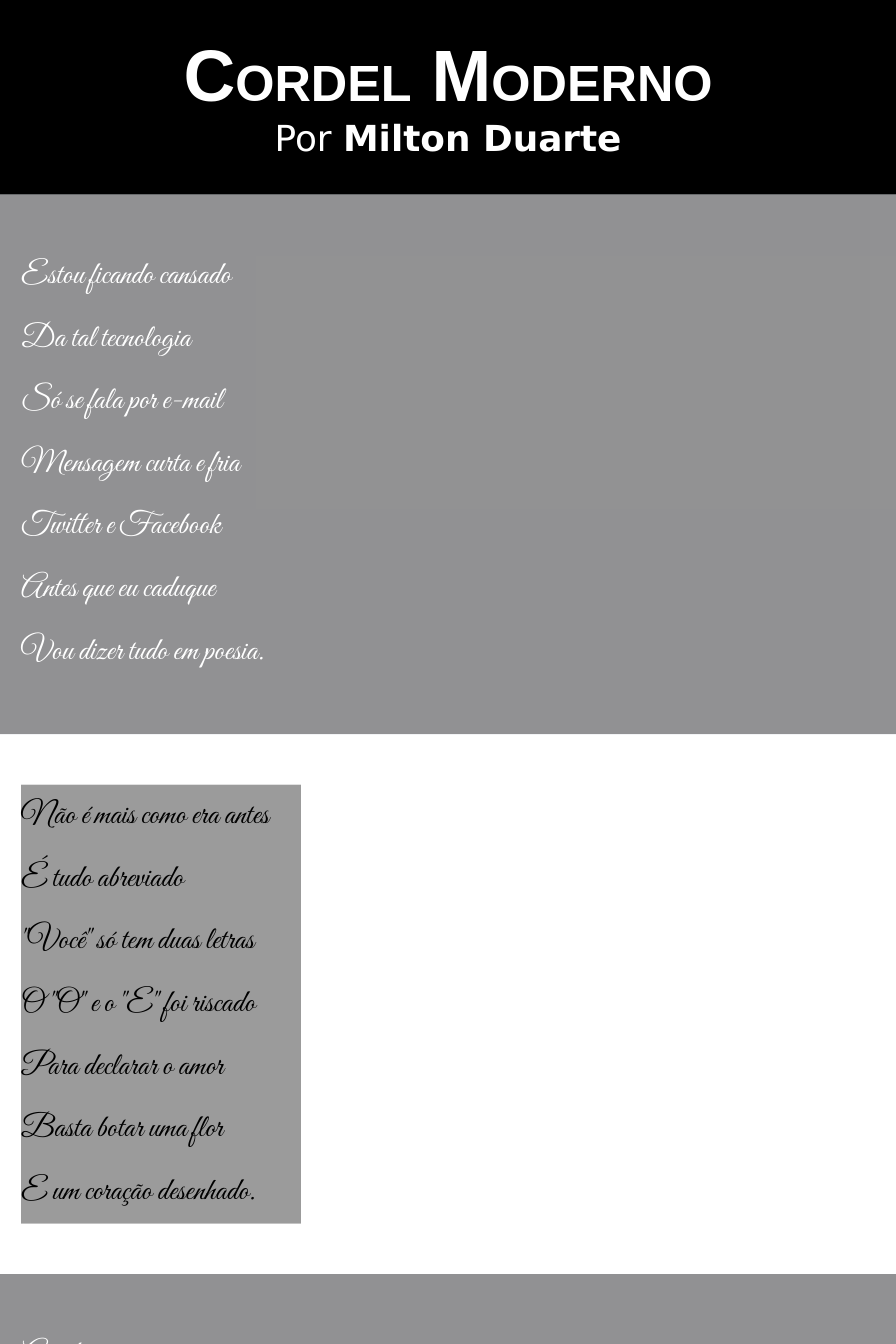
Repository: Lucianorodriguesdev/cursoHTML-CSS
Page: dasafios/index.html
These files come from the project's save history. The page is drawn as it stood at one moment and after the next save; the edit follows.
The browser window is 1280 px wide. The pictures show the part of the page from y = 0 to 1920 px (the page is 5427 px tall before and 6362 px after), at 70% of full size.
Some web fonts or font styles are not loaded; a fallback is used.

Above is the page before, as saved 2026-06-17 10:01:21.

### dasafios/index.html
<!DOCTYPE html>
<html lang="pt-br">
<head>
    <meta charset="UTF-8">
    <meta name="viewport" content="width=device-width, initial-scale=1.0">
    <title>Cordel Moderno</title>
    <link rel="stylesheet" href="estilo/style.css">
</head>
<body>
    <header>
        <h1>Cordel Moderno</h1>
        <p>Por <a href="https://www.recantodasletras.com.br/poesias/3186743" target="_blank">Milton Duarte</a></p>

    </header>
    <section class="normal">
        <p>
            Estou ficando cansado<br>
            Da tal tecnologia<br>
            Só se fala por e-mail<br>
            Mensagem curta e fria<br>
            Twitter e Facebook<br>
            Antes que eu caduque<br>
            Vou dizer tudo em poesia.
        </p>
    </section>



    <section class="imagem">
        <p>
            Não é mais como era antes<br>
            É tudo abreviado<br>
            "Você" só tem duas letras<br>
            O "O" e o "E" foi riscado<br>
            Para declarar o amor<br>
            Basta botar uma flor<br>
            E um coração desenhado.
        </p>
    </section>



    <section class="normal">
        <p>
            Arroba agora não pesa<br>
            É parte de um endereço<br>
            Ponto final nem se usa<br>
            Ou vai até no começo<br>
            Agora é .com<br>
            Se o saite é muito bom<br>
            Ele vale um alto preço.
        </p>

        <p>
            Pra piorar a liguagem<br>
            O emoticom é um risco<br>
            Tem símbolo para tudo<br>
            Ponto e vírgula e um asterisco<br>
            Um beijo significa<br>
            Pra entender como fica<br>
            Decifre esse rabisco.
        </p>
    </section>



    <section class="imagem">
        <p>
            Tenho saudade das cartas<br>
            Escritas com a própria mão<br>
            Mandava no mês de Junho<br>
            Só chegava no Verão<br>
            Mas matava a saudade<br>
            Era texto de verdade<br>
            Nas linhas do coração.
        </p>
    </section>



    <section class="normal">
        <p>
            Agora, escrevo e envio<br>
            Chegando na mesma hora<br>
            Mas quando vou prosear<br>
            A pessoa foi embora<br>
            Abriu outro aplicativo<br>
            O mundo ficou cativo<br>
            Da tecnologia do agora.
        </p>

        <p>
            Felizmente, pra orar<br>
            Não precisa de internet<br>
            Deus escuta todo mundo<br>
            Se quiser, faça esse teste<br>
            Dois pontos são dois joelhos<br>
            Seus lábios são aparelhos<br>
            Deixe que Deus interprete.
        </p>
    </section>
    <footer>
        <p>Site criado por <a href="https://github.com/Lucianorodriguesdev" target="_blank">Luciano Rodrigues</a> para o <a href="www.cursoemvideo.com" target="_blank">curso em video</a></p>
    </footer>

</body>
</html>

### dasafios/estilo/style.css
@charset_"UTF-8";
@import url('https://fonts.googleapis.com/css2?family=Passion+One:wght@400;700;900&display=swap');
@import url('https://fonts.googleapis.com/css2?family=Great+Vibes&display=swap');
:root{
    --fonte1: Verdana, Geneva, Tahoma, sans-serif;
    --fonte2: "Passion One", sans-serif;
    --fonte3: "Great Vibes", cursive;
}

*{
    margin: 0px;
    padding: 0px;

}
body{
    min-height: 100vh;
    background-color: aliceblue;
    font-family: var(--fonte1);
}
header{
    background-color: black;
    font-size: 4vw;
    text-align: center;
}
header> h1{
    color: white;
    padding-top: 50px;
    font-variant: small-caps;
    font-family: var(--fonte2);

}
header>p{
    padding-bottom: 50px;
    color: white;
}
section{
    padding-bottom: 10vh;
    padding-top: 10vh;
    line-height: 2em;
    padding-left: 30px;
    font-family: var(--fonte3);
    font-size: 3.5vw;
}
section.normal{
    background-color: rgba(123, 121, 121, 0.803);
    color: white;
}
section.imagem{
    background-color: white;
    color: black;
}
section.imagem>p{
    width: 400px;
    background-color: rgba(0, 0, 0, 0.392);
}
header a, footer a{
    color:white;
    text-decoration: none;
    font-weight: bolder;
}
header a:hover, footer a:hover{
    text-decoration: underline;
}
footer{
    background-color: black;
    text-align: center;
    color:white;
    padding: 10px;

}

After the next save:
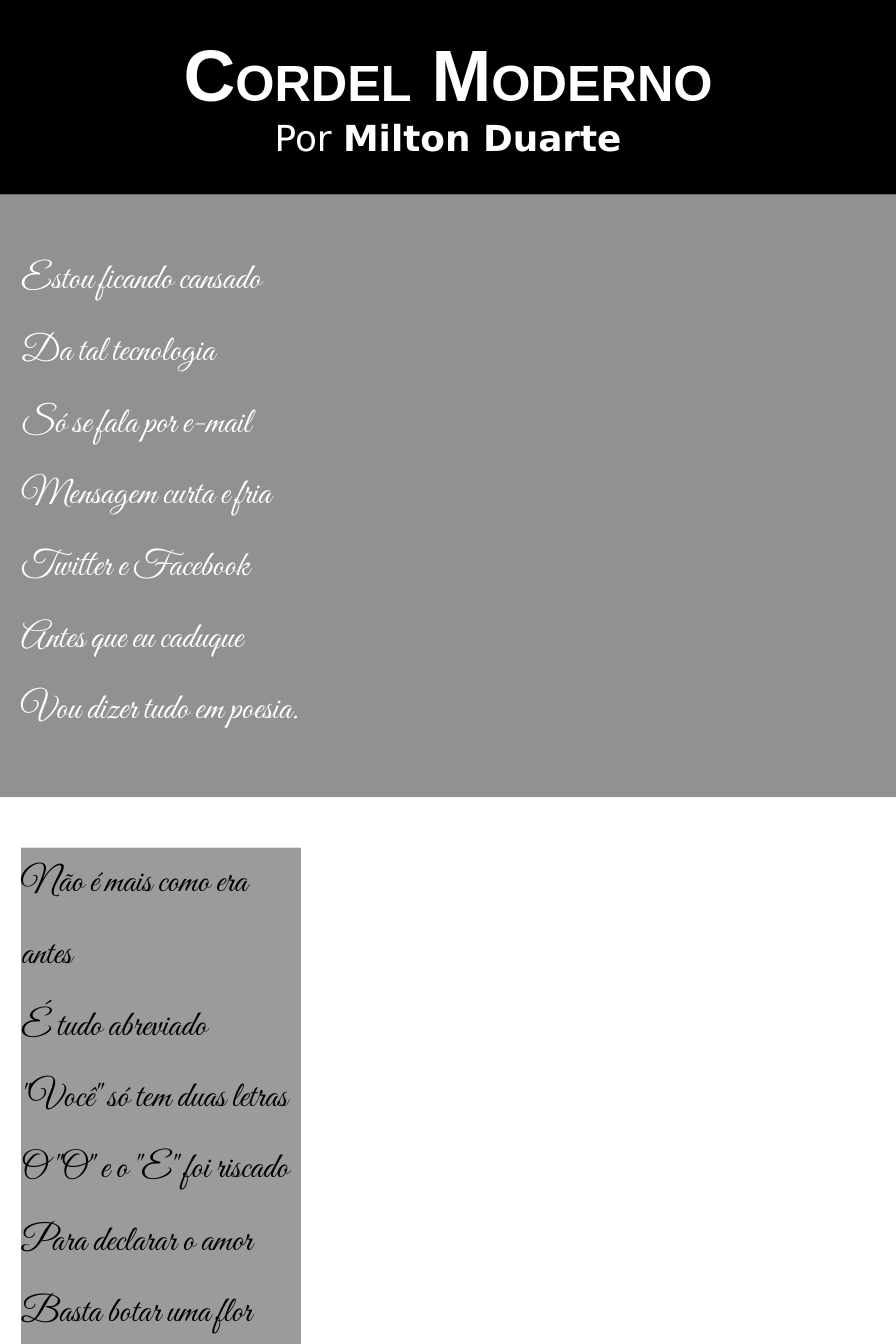
Saved 7 s later.
--- a/dasafios/estilo/style.css
+++ b/dasafios/estilo/style.css
@@ -39,7 +39,7 @@ section{
     line-height: 2em;
     padding-left: 30px;
     font-family: var(--fonte3);
-    font-size: 3.5vw;
+    font-size: 4vw;
 }
 section.normal{
     background-color: rgba(123, 121, 121, 0.803);
